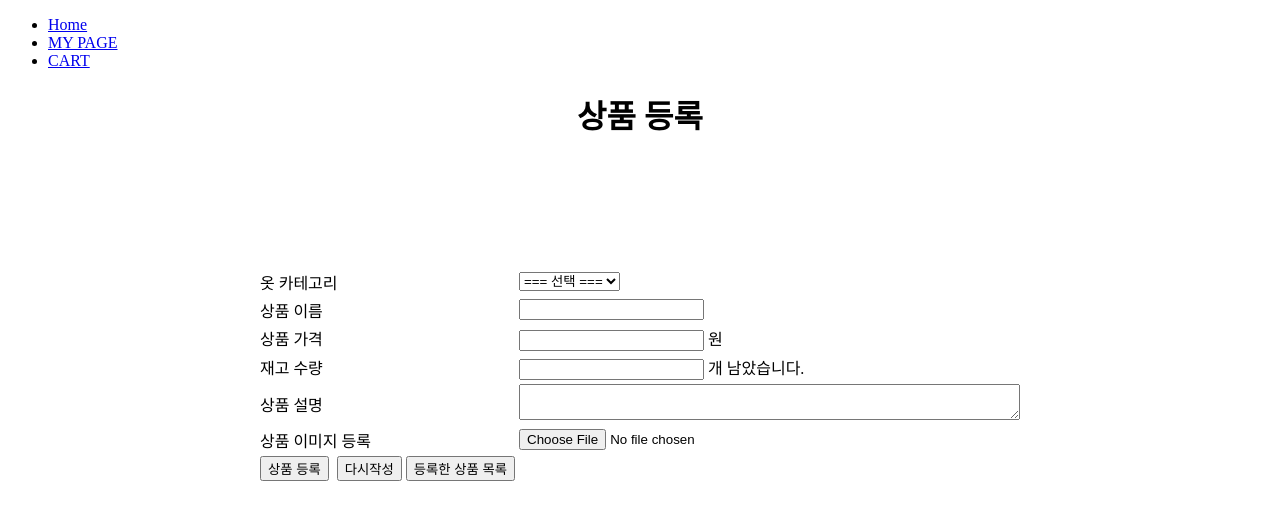
Repository: gjfdmadi/GreenBook
Page: http://localhost/semi_project/backup/uploadProduct.jsp
These files come from the project's save history. The page is drawn as it stood at one moment and after the next save; the edit follows.
The browser window is 1280 px wide. The pictures show the whole page.
The page is served by Tomcat 9. Other server files are loaded and not shown. Queries for data that is not in the repository find no rows.

Above is the page before, as saved 2022-09-20 07:47:30.

### backup/semi_project/WebContent/backup/uploadProduct.jsp
<%@page import="semiProject.uploadProduct.ProductDBBean"%>
<%@page import="semiProject.uploadProduct.ProductBean"%>
<%@ page language="java" contentType="text/html; charset=UTF-8"
    pageEncoding="UTF-8"%>
<!DOCTYPE html>
<%
	int product_number = 0;
	String pageNum = request.getParameter("pageNum");
	String product_name = "";

	if(request.getParameter("product_number") != null) {
		product_number = Integer.parseInt(request.getParameter("product_number"));
	}

	ProductDBBean updb = ProductDBBean.getInstance();
	ProductBean upbd = updb.getproduct(product_number, false);

	if(upbd != null) {
		product_name = upbd.getProduct_name();
	}
%>
<html>
<head>
<meta charset="UTF-8">
<title>Insert title here</title>
<script language="JavaScript" src="uploadProduct.js" charset="utf-8"></script>
<style type="text/css">
	header ul li{
		text-decoration: none;
	}
</style>
</head>
<body>
	<header>
		<ul class="headMenu">
			<li><a href="mainPage.jsp">Home</a></li>
			<li><a href="myPage.jsp">MY PAGE</a></li>
			<li><a href="cart.jsp">CART</a></li>
		</ul>
		<center>
			<div class="pageTitle">
				<h1>상품 등록</h1>
			</div>
		<center>
	</header>
	<div class="container">
		<center>
			<table>
				<form name="up_prodc" action="uploadProduct_ok.jsp" method="post" enctype="multipart/form-data">
					<input type="hidden" name="product_number" value="<%= product_number %>">

					<tr class="product_category">
					<!--  	<label class="gender_label">성별 카테고리</label>&nbsp;
						<select name="category_code_gender" >
						    <option value="none">=== 선택 ===</option>
						    <option value="female">여성 의류</option>
						    <option value="male">남성 의류</option>
						    <option value="unisex">유니 섹스</option>
						    <option value="kids">아동복</option>
						 </select>&nbsp;-->
						<td>
							<label class="dress_label">옷 카테고리</label>
						</td>
						<td>
							<select name="category_code" >
							    <option value="none">=== 선택 ===</option>
							    <option value="t-shirt">티셔츠</option>
							    <option value="hude-t">후드티</option>
							    <option value="nite">니트/스웨터</option>
							    <option value="shirt">셔츠/남방</option>
							    <option value="pants">바지</option>
							    <option value="blue-jeans">청바지</option>
							 </select>
						 </td>
					</tr>
					<br>
					<tr class="product_name">
						<td>
							<label class="product_name_label">상품 이름 </label>&nbsp;
						</td>
						<td>
							<input type="text" name="product_name">
						</td>
					</tr>
					<br>
					<tr class="product_price">
						<td>
							<label class="product_price_label">상품 가격</label>&nbsp;
						</td>
						<td>
							<input type="number" name="product_price"> 원
						</td>
					</tr>
					<br>
					<tr class="product_stock">
						<td>
							<label class="product_stock">재고 수량</label>&nbsp;
						</td>
						<td>
							<input type="number" name="product_stock"> 개 남았습니다.
						</td>
					</tr>
					<br>
					<tr class="product_desc">
						<td>
							<label class="product_desc_label">상품 설명</label>&nbsp;
						</td>
						<td>
						<textarea rows="2" cols="60" name="product_desc"></textarea>
						</td>
					</tr>
					<br>
					<tr class="product_img">
						<td>
							상품 이미지 등록
						</td>
						<td>
							<input type="file" name="product_img">
						</td>
					</tr>
					<br>
					<tr>
						<td>
							<input type="button" value="상품 등록" onclick="check_ok()">&nbsp;
							<input type="reset" value="다시작성">
							<input type="button" value="등록한 상품 목록"
							onclick="location.href='myUploadProduct_List.jsp'">
						</td>
					</tr>
				</form>
			</table>
		</center>
	</div>
</body>
</html>

### backup/semi_project/src/semiProject/uploadProduct/ProductDBBean.java
package semiProject.uploadProduct;

import java.sql.Connection;

import java.sql.PreparedStatement;
import java.sql.ResultSet;
import java.sql.SQLException;
import java.sql.Statement;
import java.sql.Timestamp;
import java.util.ArrayList;

import javax.naming.Context;
import javax.naming.InitialContext;
import javax.sql.DataSource;

/*
 * UploadProductBean의 매개변수는 upbd로 통일
 * UploadProudctDBBean의 매개변수는 updb로 통일
 * */

public class ProductDBBean {
	private static ProductDBBean instance = new ProductDBBean();

	// UploadProductDBBean 객체 생성
	public static ProductDBBean getInstance() {
		return instance;
	}

	//db연결
	public static Connection getConnection() throws Exception {
		// 쿼리작업 사용할 Connection객체 리턴하는 메소드
		// 따로만든 이유 -> 여러번 사용하기 위해서

		Context ctx = new InitialContext();
		DataSource ds = (DataSource) ctx.lookup("java:comp/env/jdbc/oracle");
		return ds.getConnection();
	}

	public int insertUploadProduct(ProductBean product) throws Exception {
		int re=-1;
		Connection conn=null;
		PreparedStatement pstmt=null;
		ResultSet rs=null;
		String sql="";
		int number;

		try {
			conn = getConnection();
			sql = "select max(product_number) from product";
			pstmt = conn.prepareStatement(sql);
			rs = pstmt.executeQuery();

			if (rs.next()) {
				number = rs.getInt(1)+1;
			} else {
				number = 1;
			}

			System.out.println("@@@### number ===>"+number);
			System.out.println("@@@### product.getCategory_code() ===>"+product.getCategory_code());
			System.out.println("@@@### product.getProduct_name() ===>"+product.getProduct_name());
			System.out.println("@@@### product.getProduct_price() ===>"+product.getProduct_price());
			System.out.println("@@@### product.getProduct_stock() ===>"+product.getProduct_stock());
			System.out.println("@@@### board.getProduct_desc() ===>"+product.getProduct_desc());
			System.out.println("@@@### board.getProduct_date() ===>"+product.getProduct_date());

			sql="INSERT INTO product VALUES(?,?,?,?,?,?,?,0)";
			pstmt = conn.prepareStatement(sql);

			//상품 insert
			pstmt.setInt(1, number);
			pstmt.setString(2, product.getCategory_code());
			pstmt.setString(3, product.getProduct_name());
			pstmt.setInt(4, product.getProduct_price());
			pstmt.setInt(5, product.getProduct_stock());
			pstmt.setString(6, product.getProduct_desc());
			pstmt.setTimestamp(7, product.getProduct_date());
			//pstmt.setInt(8, product.getProduct_ordered_count());
			pstmt.executeUpdate();

			System.out.println("@@@### number ===>"+number);
			System.out.println("@@@### number ===>"+number);
			System.out.println("@@@### product.getOrgin_file_name() ===>"+product.getOrgin_file_name());
			System.out.println("@@@### product.getStored_file_name() ===>"+product.getStored_file_name());
			System.out.println("@@@### product.getStored_file_name() ===>"+product.getFile_size());
			System.out.println("@@@### product.getStored_file_name() ===>"+product.getCreate_date());

			//이미지 insert
			sql="INSERT INTO product_imagefile VALUES(?,?,?,?,?,?)";
			pstmt = conn.prepareStatement(sql);

			pstmt.setInt(1, number);
			pstmt.setInt(2, number);
			pstmt.setString(3, product.getOrgin_file_name());
			pstmt.setString(4, product.getStored_file_name());
			pstmt.setInt(5, product.getFile_size());
			pstmt.setTimestamp(6, product.getCreate_date());
			pstmt.executeUpdate();


			System.out.println("@@@### product.getCategory_code() ===>"+product.getCategory_code());
			//카테고리 코드 insert
			sql="INSERT INTO product_category VALUES(?,?)";
			pstmt = conn.prepareStatement(sql);

			pstmt.setString(1, product.getCategory_code());
			pstmt.setInt(2, number);
			pstmt.executeUpdate();
			re=1;

		}catch(SQLException ex){
			System.out.println("추가 실패");
			ex.printStackTrace();
		}finally{
			try{
				if(pstmt != null) pstmt.close();
				if(conn != null) conn.close();
			}catch(Exception e){
				e.printStackTrace();
			}
		}

		return re;
	}

	public ArrayList<ProductBean> productList(String pageNumber) throws Exception {
		Connection conn=null;
		Statement stmt=null;
		ResultSet rs=null;
		ResultSet pageSet=null;
		int dbCount = 0;
		int absolutePage = 1;

		String sql = "SELECT product_number \r \n"
				+ ",product_name \r \n"
				+ ",product_price \r \n"
				+ ",category_code \r \n"
				+ ",product_stock \r \n"
				+ ",product_date \r \n"
				+ "FROM PRODUCT \r \n"
				+ "ORDER BY product_number ASC";
		String sql2 = "SELECT COUNT(product_number) from product";

		ArrayList<ProductBean> productList = new ArrayList<ProductBean>();

		try {
			conn = getConnection();
			stmt = conn.createStatement(ResultSet.TYPE_SCROLL_SENSITIVE,ResultSet.CONCUR_UPDATABLE);

			pageSet = stmt.executeQuery(sql2);

			if(pageSet.next()) {
				dbCount = pageSet.getInt(1); // 총 글 갯수
				pageSet.close();
			}
			if (dbCount % ProductBean.pageSize == 0) {
				ProductBean.pageCount = dbCount / ProductBean.pageSize;
			}else {
				ProductBean.pageCount = dbCount / ProductBean.pageSize+1;
			}
			if(pageNumber != null) {
				ProductBean.pageNum = Integer.parseInt(pageNumber);
				absolutePage = (ProductBean.pageNum - 1) * ProductBean.pageSize + 1;
			}

			rs = stmt.executeQuery(sql);

			if(rs.next()) {
				rs.absolute(absolutePage);
				int count = 0;

				while(count < ProductBean.pageSize) {
					ProductBean upbd = new ProductBean();

					upbd.setProduct_number(rs.getInt(1));
					upbd.setProduct_name(rs.getString(2));
					upbd.setProduct_price(rs.getInt(3));
					upbd.setCategory_code(rs.getString(4));
					upbd.setProduct_stock(rs.getInt(5));
					upbd.setProduct_date(rs.getTimestamp(6));

					productList.add(upbd);

					if(rs.isLast()) {
						break;
					}else {
						rs.next();
					}
					count++;
				}
			}
		} catch (SQLException ex) {
			System.out.println("조회 실패");
			ex.printStackTrace();
		}finally{
			try{
				if(rs != null) rs.close();
				if(stmt != null) stmt.close();
				if(conn != null) conn.close();
			}catch(Exception e){
				e.printStackTrace();
			}
		}
		return productList;
	}

	public ProductBean getImg(int product_number) throws Exception{
		Connection conn = null;
		PreparedStatement pstmt = null;
		ResultSet rs = null;

		String sql = "select * from product_imagefile where product_number=?";
		ProductBean upbd = null;

		try {
			conn = getConnection();
			pstmt = conn.prepareStatement(sql);
			pstmt.setInt(1, product_number);
			rs = pstmt.executeQuery();

			if (rs.next()) {
				upbd = new ProductBean();
				upbd.setFile_number(rs.getInt("file_number"));
				upbd.setProduct_number(rs.getInt("product_number"));
				upbd.setOrgin_file_name(rs.getString("orgin_file_name"));
				upbd.setStored_file_name(rs.getString("stored_file_name"));
				upbd.setFile_size(rs.getInt("file_size"));
				upbd.setCreate_date(rs.getTimestamp("create_date"));
			}
		} catch(Exception e) {
			e.printStackTrace();
		} finally {
			if(rs!=null) rs.close();
			if(pstmt!=null) pstmt.close();
			if(conn!=null) conn.close();
		}
		return upbd;
	}
	//                     pnumber = product_number odercount = product_ordered_count
	public ProductBean getproduct(int pnumber, boolean odercount) throws Exception {
		Connection conn=null;
		PreparedStatement pstmt=null;
		ResultSet rs=null;
		ProductBean upbd = null;
		String sql="";


		try {
			conn = getConnection();

			if (odercount == true) {
				sql="UPDATE PRODUCT SET product_ordered_count=product_ordered_count+1 from WHERE product_number=?";
				pstmt = conn.prepareStatement(sql);
				pstmt.setInt(1, pnumber);
				pstmt.executeUpdate();
			}

			sql = "SELECT product_number \r \n"
					+ ",product_name \r \n"
					+ ",product_price \r \n"
					+ ",category_code \r \n"
					+ ",product_stock \r \n"
					+ ",product_date \r \n"
					+ ",product_ordered_count \r \n"
					+ ",product_desc \r \n"
					+ "FROM PRODUCT  \r \n"
					+ "WHERE product_number=?";
			pstmt = conn.prepareStatement(sql);
			pstmt.setInt(1, pnumber);
			rs = pstmt.executeQuery();

			if (rs.next()) {
				upbd = new ProductBean();

				upbd.setProduct_number(rs.getInt(1));
				upbd.setProduct_name(rs.getString(2));
				upbd.setProduct_price(rs.getInt(3));
				upbd.setCategory_code(rs.getString(4));
				upbd.setProduct_stock(rs.getInt(5));
				upbd.setProduct_date(rs.getTimestamp(6));
				upbd.setProduct_ordered_count(rs.getInt(7));
				upbd.setProduct_desc(rs.getString(8));
			}
		}catch(SQLException ex){
			System.out.println("조회 실패");
			ex.printStackTrace();
		}finally{
			try{
				if(rs != null) rs.close();
				if(pstmt != null) pstmt.close();
				if(conn != null) conn.close();
			}catch(Exception e){
				e.printStackTrace();
			}
		}

		return upbd;
	}

	public int updateProduct(ProductBean upbd) throws Exception{
		int re=-1;
		Connection conn=null;
		PreparedStatement pstmt=null;
		ResultSet rs=null;
		String sql="";

		try {
			conn = getConnection();

			sql = "UPDATE PRODUCT SET category_code=? \r \n"
					+ ", product_name=? \r \n"
					+ ", product_price=? \r \n"
					+ ", product_stock=? \r \n"
					+ ", product_desc=? \r \n"
					+ "WHERE product_number=?";
			pstmt = conn.prepareStatement(sql);
			pstmt.setString(1, upbd.getCategory_code());
			pstmt.setString(2, upbd.getProduct_name());
			pstmt.setInt(3, upbd.getProduct_price());
			pstmt.setInt(4, upbd.getProduct_stock());
			pstmt.setString(5, upbd.getProduct_desc());
			pstmt.setInt(6, upbd.getProduct_number());
			pstmt.executeUpdate();
			re=1;
		}catch(SQLException ex){
			System.out.println("수정 실패");
			ex.printStackTrace();
		}finally{
			try{
				if(pstmt != null) pstmt.close();
				if(conn != null) conn.close();
			}catch(Exception e){
				e.printStackTrace();
			}
		}

		return re;
	}

	public int deleteProduct(int product_number) throws Exception {
		int re=-1;
		Connection conn=null;
		PreparedStatement pstmt=null;
		String sql="";

		try {
			conn = getConnection();

			sql = "DELETE PRODUCT_IMAGEFILE WHERE product_number=?";
			pstmt = conn.prepareStatement(sql);
			pstmt.setInt(1, product_number);
			pstmt.executeUpdate();

			sql = "DELETE PRODUCT_CATEGORY WHERE product_number=?";
			pstmt = conn.prepareStatement(sql);
			pstmt.setInt(1, product_number);
			pstmt.executeUpdate();

			sql = "DELETE PRODUCT WHERE product_number=?";
			pstmt = conn.prepareStatement(sql);
			pstmt.setInt(1, product_number);
			pstmt.executeUpdate();


			re=1;
			System.out.println("삭제 성공");
		}catch(SQLException ex){
			System.out.println("삭제 실패");
			ex.printStackTrace();
		}finally{
			try{
				if(pstmt != null) pstmt.close();
				if(conn != null) conn.close();
			}catch(Exception e){
				e.printStackTrace();
			}
		}

		return re;
	}
}

### backup/semi_project/WebContent/backup/uploadProduct.js
function check_ok() {
	if(up_prodc.category_code.value.length == 0){
		alert("카테고리를 지정해주세요.");
		up_prodc.category_code.focus();
		return;
	}

	if(up_prodc.product_name.value.length == 0){
		alert("상품이름을 써주세요.");
		up_prodc.product_name.focus();
		return;
	}

	if(up_prodc.product_price.value.length == 0){
		alert("상품가격을 써주세요.");
		up_prodc.product_price.focus();
		return;
	}

	if(up_prodc.product_stock.value.length == 0){
		alert("재고수량을 써주세요.");
		up_prodc.product_stock.focus();
		return;
	}

	if(up_prodc.product_desc.value.length == 0){
		alert("상품설명을 써주세요.");
		up_prodc.product_desc.focus();
		return;
	}

	document.up_prodc.submit();
}

After the next save:
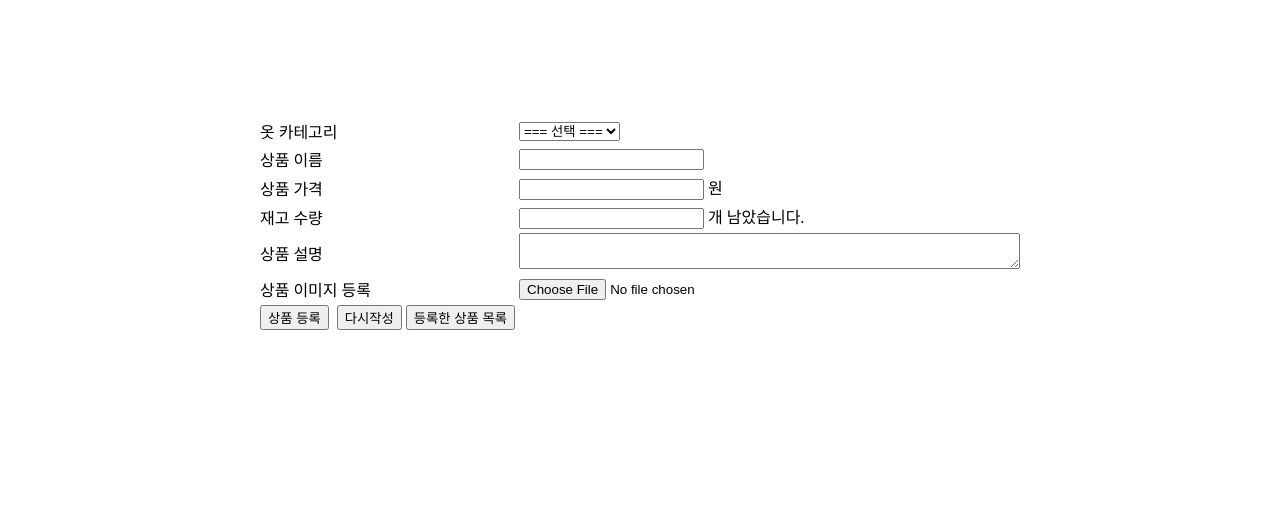
Saved 31 s later.
--- a/backup/semi_project/WebContent/backup/uploadProduct.jsp
+++ b/backup/semi_project/WebContent/backup/uploadProduct.jsp
@@ -24,25 +24,8 @@
 <meta charset="UTF-8">
 <title>Insert title here</title>
 <script language="JavaScript" src="uploadProduct.js" charset="utf-8"></script>
-<style type="text/css">
-	header ul li{
-		text-decoration: none;
-	}
-</style>
 </head>
 <body>
-	<header>
-		<ul class="headMenu">
-			<li><a href="mainPage.jsp">Home</a></li>
-			<li><a href="myPage.jsp">MY PAGE</a></li>
-			<li><a href="cart.jsp">CART</a></li>
-		</ul>
-		<center>
-			<div class="pageTitle">
-				<h1>상품 등록</h1>
-			</div>
-		<center>
-	</header>
 	<div class="container">
 		<center>
 			<table>
